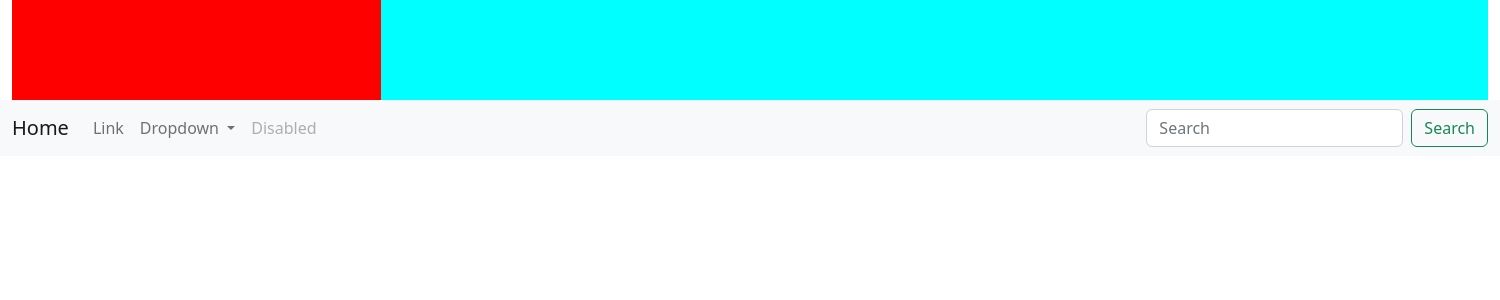
Repository: nguyenhung50497/MD2_bootstrap
Page: BT_giaoDienWeb/index.html
An editor plug-in stored every save of this project. The page is shown before and after a run of saves, followed by the edit.
The browser window is 1280 px wide. The page is 1500 px wide, so the pictures cover 1500 px, including what lies to the right of the window. The pictures show the whole page.

Above is the page before, as saved 2022-11-30 13:48:06.

After the next 4 saves:
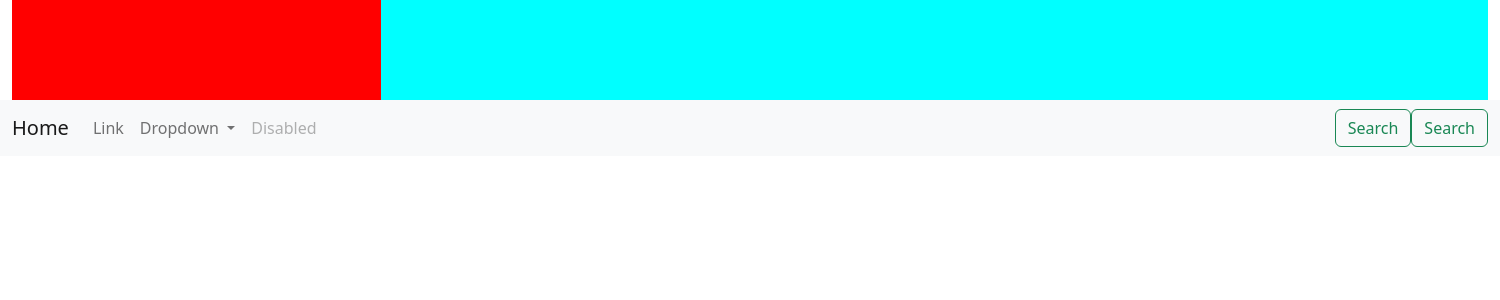
The 4 saves are shown as one change because they came seconds apart.
The last was saved 32 s later.
--- a/BT_giaoDienWeb/index.html
+++ b/BT_giaoDienWeb/index.html
@@ -56,7 +56,7 @@
               </li>
             </ul>
             <form class="d-flex" role="search">
-              <input class="form-control me-2" type="search" placeholder="Search" aria-label="Search">
+                <button class="btn btn-outline-success" type="submit">Search</button>
               <button class="btn btn-outline-success" type="submit">Search</button>
             </form>
           </div>
